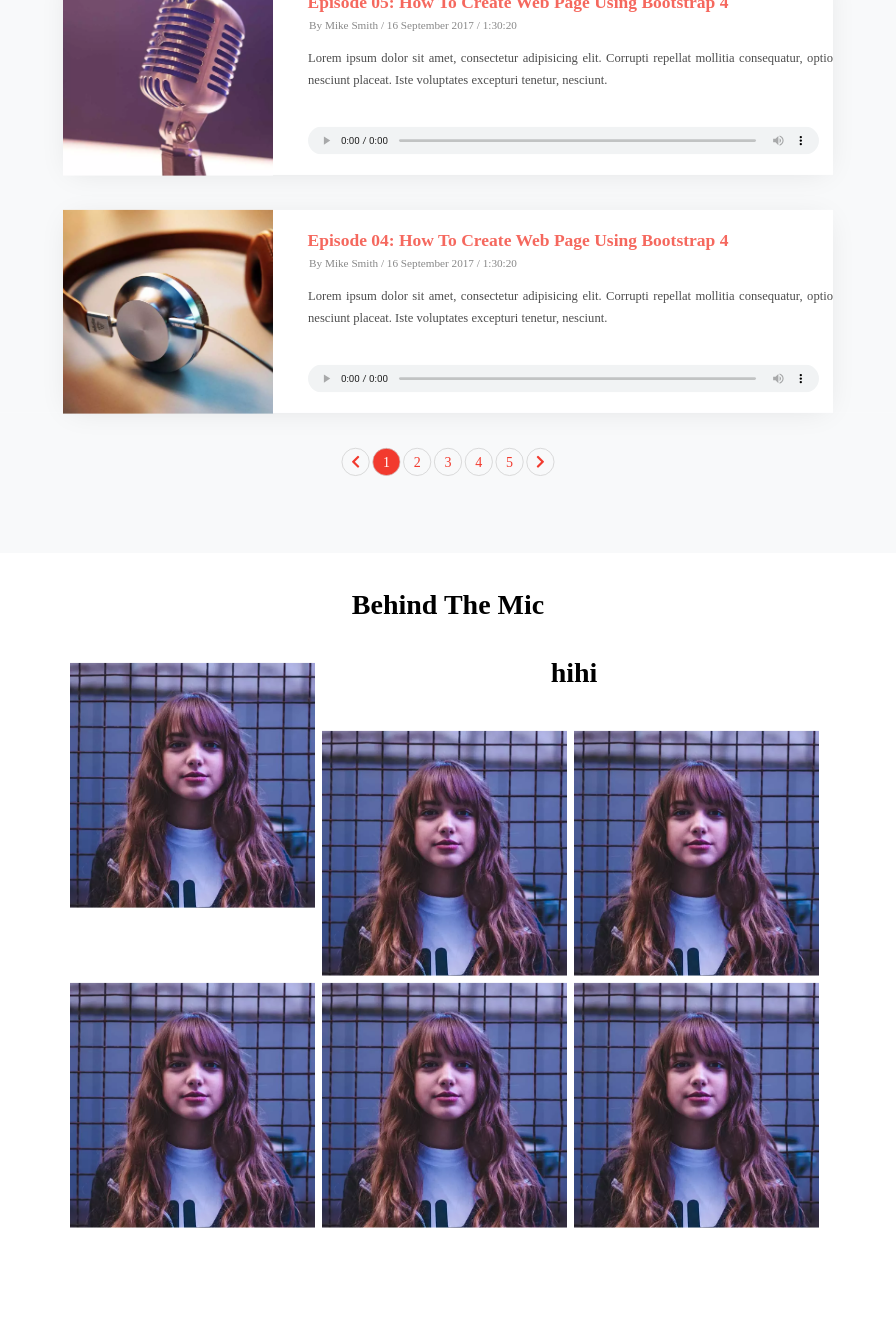
Repository: nhutduy0803/template2
Page: index.html
An editor plug-in stored every save of this project. The page is shown before and after the next save, followed by the edit.
The browser window is 1280 px wide. The pictures show the part of the page from y = 2077 to 3997 px (the page is 3997 px tall), at 70% of full size.

Above is the page before, as saved 2021-12-09 14:38:12.

### index.html
<!DOCTYPE html>
<html lang="en">
  <head>
    <meta charset="UTF-8" />
    <meta http-equiv="X-UA-Compatible" content="IE=edge" />
    <meta name="viewport" content="width=device-width, initial-scale=1.0" />
    <link rel="stylesheet" href="./assets/css/style.css" />
    <link
      rel="stylesheet"
      href="./assets/css/font/fontawesome-free-5.15.4-web/css/all.min.css"
    />
    <title>Document</title>
  </head>
  <body>
    <script src="./main.js"></script>
    <div class="slider">
      <h2>Podca</h2>
      <img
        src="./assets/css/img/xhero_bg_1.jpg.pagespeed.ic.EJCcE-mhd6.webp"
        alt=""
      />
      <h3>Episode 09: How To Create Web Page Using Bootstrap 4</h3>
      <span>By Mike Smith | 16 September 2017 | 1:30:20</span>
      <div class="subslider">READ THE TRANSCRIPT</div>
      <div class="menu" onclick="openmenu()">
        <i class="fas fa-bars"></i>
      </div>
      <div class="sub-menu">
        <i class="fas fa-times" onclick="closemenu()"></i>
        <div class="home-menu">
          <p>Home</p>
          <i onclick="subhome()" class="fas fa-caret-down"></i>

          <div class="sub-home">
            <li>Menu One</li>
            <li>Menu Two</li>
            <li>Menu Three</li>
            <li>Sub Menu</li>
          </div>
          <div class="drop-down">
            <p>DropDown</p>
            <i onclick="subdropdown() " class="fas fa-caret-down"></i>
            <div class="sub-dropdown">
              <li>Menu One</li>
              <li>Menu two</li>
              <li>Menu three</li>
            </div>
          </div>

          <p>About</p>
          <p>Contact</p>
        </div>
      </div>
    </div>
    <div class="audio">
      <audio class="audio-one" controls>
        <source src="" type="audio/ogg" />
        <source src="" type="audio/mpeg" />
      </audio>
    </div>
    <div class="RecentPodcasts">
      <h2>Recent Podcasts</h2>
      <div class="container">
        <div class="img-pod">
          <img src="./assets/css/img/pod1.webp" alt="" />
        </div>
        <div class="content-pod">
          <h3>Episode 08: How To Create Web Page Using Bootstrap 4</h3>
          <span>By Mike Smith / 16 September 2017 / 1:30:20</span>
          <p>
            Lorem ipsum dolor sit amet, consectetur adipisicing elit. Corrupti
            repellat mollitia consequatur, optio nesciunt placeat. Iste
            voluptates excepturi tenetur, nesciunt.
          </p>
          <audio class="audiopod" controls>
            <source src="" type="audio/mpeg" />
          </audio>
        </div>
      </div>
      <div class="container">
        <div class="img-pod">
          <img src="./assets/css/img/pod2.webp" alt="" />
        </div>
        <div class="content-pod">
          <h3>Episode 07: How To Create Web Page Using Bootstrap 4</h3>
          <span>By Mike Smith / 16 September 2017 / 1:30:20</span>
          <p>
            Lorem ipsum dolor sit amet, consectetur adipisicing elit. Corrupti
            repellat mollitia consequatur, optio nesciunt placeat. Iste
            voluptates excepturi tenetur, nesciunt.
          </p>
          <audio class="audiopod" controls>
            <source src="" type="audio/mpeg" />
          </audio>
        </div>
      </div>
      <div class="container">
        <div class="img-pod">
          <img src="./assets/css/img/pod3.webp" alt="" />
        </div>
        <div class="content-pod">
          <h3>Episode 06: How To Create Web Page Using Bootstrap 4</h3>
          <span>By Mike Smith / 16 September 2017 / 1:30:20</span>
          <p>
            Lorem ipsum dolor sit amet, consectetur adipisicing elit. Corrupti
            repellat mollitia consequatur, optio nesciunt placeat. Iste
            voluptates excepturi tenetur, nesciunt.
          </p>
          <audio class="audiopod" controls>
            <source src="" type="audio/mpeg" />
          </audio>
        </div>
      </div>
      <div class="container">
        <div class="img-pod">
          <img src="./assets/css/img/pod4.webp" alt="" />
        </div>
        <div class="content-pod">
          <h3>Episode 05: How To Create Web Page Using Bootstrap 4</h3>
          <span>By Mike Smith / 16 September 2017 / 1:30:20</span>
          <p>
            Lorem ipsum dolor sit amet, consectetur adipisicing elit. Corrupti
            repellat mollitia consequatur, optio nesciunt placeat. Iste
            voluptates excepturi tenetur, nesciunt.
          </p>
          <audio class="audiopod" controls>
            <source src="" type="audio/mpeg" />
          </audio>
        </div>
      </div>
      <div class="container">
        <div class="img-pod">
          <img src="./assets/css/img/pod5.webp" alt="" />
        </div>
        <div class="content-pod">
          <h3>Episode 04: How To Create Web Page Using Bootstrap 4</h3>
          <span>By Mike Smith / 16 September 2017 / 1:30:20</span>
          <p>
            Lorem ipsum dolor sit amet, consectetur adipisicing elit. Corrupti
            repellat mollitia consequatur, optio nesciunt placeat. Iste
            voluptates excepturi tenetur, nesciunt.
          </p>
          <audio class="audiopod" controls>
            <source src="" type="audio/mpeg" />
          </audio>
        </div>
      </div>
    </div>
    <div class="list-pod">
      <li><i class="fas fa-chevron-left"></i></li>
      <li>1</li>
      <li>2</li>
      <li>3</li>
      <li>4</li>
      <li>5</li>
      <li><i class="fas fa-chevron-right"></i></li>
    </div>
    <div class="BehindTheMic">
      <h2>Behind The Mic</h2>
      <div class="container-behind">
        <div class="picture-behind">
          <img src="./assets/css/img/behind1.webp" alt="" />
        </div>
        <div class="content-behind">
          <h2>hihi</h2>
        </div>

        <div class="picture-behind">
          <img src="./assets/css/img/behind1.webp" alt="" />
        </div>
        <div class="picture-behind">
          <img src="./assets/css/img/behind1.webp" alt="" />
        </div>
        <div class="picture-behind">
          <img src="./assets/css/img/behind1.webp" alt="" />
        </div>
        <div class="picture-behind">
          <img src="./assets/css/img/behind1.webp" alt="" />
        </div>
        <div class="picture-behind">
          <img src="./assets/css/img/behind1.webp" alt="" />
        </div>
      </div>
      <!-- <div class="container-behind">
        <div class="picture-behind">
          <img src="./assets/css/img/behind1.webp" alt="" />
        </div>
      </div>
      <div class="container-behind">
        <div class="picture-behind">
          <img src="./assets/css/img/behind1.webp" alt="" />
        </div>
      </div>
      <div class="container-behind">
        <div class="picture-behind">
          <img src="./assets/css/img/behind1.webp" alt="" />
        </div>
      </div>
      <div class="container-behind">
        <div class="picture-behind">
          <img src="./assets/css/img/behind1.webp" alt="" />
        </div>
      </div>
      <div class="container-behind">
        <div class="picture-behind">
          <img src="./assets/css/img/behind1.webp" alt="" />
        </div>
      </div> -->
    </div>
  </body>
</html>

### assets/css/style.css
* {
  margin: 0;
  padding: 0;
  box-sizing: border-box;
}

.slider {
  width: 100%;
  height: 100vh;
  position: relative;
}

.slider::before {
  content: " ";
  position: absolute;
  top: 0;
  left: 0;
  right: 0;
  bottom: 0;
  background-color: rgba(0, 0, 0, 0.4);
}

.slider img {
  width: 100%;
  height: 100%;
}

.slider h2 {
  position: absolute;
  top: 50px;
  left: 50px;
  color: #fff;
  font-size: 40px;
}
.menu {
  position: absolute;
  right: 50px;
  top: 50px;
  font-size: 30px;
  color: #fff;
}

.slider h3 {
  text-align: center;
  position: absolute;
  transform: translate(-50%);
  top: 30%;
  left: 50%;
  color: #fff;
  font-size: 40px;
  line-height: 1.6;
  font-size: 50px;
}

.slider span {
  position: absolute;
  top: 58%;
  left: 50%;
  transform: translate(-50%);
  color: #ffffff80;
}

.subslider {
  width: 250px;
  background-color: #f23a2e;
  display: flex;
  justify-content: center;
  align-items: center;
  color: #fff;
  font-size: 15px;
  letter-spacing: 2px;
  height: 60px;
  position: absolute;
  top: 65%;
  left: 50%;
  transform: translate(-50%);
  transition: 0.3s;
  border-radius: 5px;
}

.subslider:hover {
  position: absolute;
  top: 64%;
  box-shadow: 0 5px 20px -7px rgba(0, 0, 0, 0.9);
  transition: 0.3s;
}

.sub-menu {
  width: 300px;
  background-color: #fff;
  position: absolute;
  right: -300px;
  top: 0;
  height: 100vh;
  position: fixed;
  transition: 0.3s;
  box-shadow: 0 0 10px rgba(0, 0, 0, 0.4);
}

.sub-menu.openmenu {
  transition: 0.3s;
  right: 0;
}

.sub-menu .fas {
  position: absolute;
  font-size: 25px;
  right: 15px;
  top: 15px;
  transition: 0.2s;
}

.sub-menu .fas:hover {
  transition: 0.2s;
  color: rgb(104, 103, 103);
}

.home-menu {
  margin-top: 100px;
  font-size: 20px;
  margin-left: 15%;
}

.home-menu p {
  margin-bottom: 30px;
  color: #212529;
  transition: 0.3s;
}

.home-menu p:nth-child(2) {
  width: 100%;
  background-color: #fff;
  height: 200px;
}

.home-menu p:hover {
  transition: 0.3s;
  color: #f00;
}

.fa-caret-down {
  margin-top: 85px;
  margin-right: 20px;
}

.drop-down {
  position: relative;
}

.drop-down .fa-caret-down {
  position: absolute;
  top: -85px;
}
.sub-home {
  margin-top: -20px;
  width: 200px;
  height: 0px;
  background-color: #fff;
  visibility: hidden;
  transition: 0.5s;
  opacity: 0;
  margin-bottom: 20px;
}

.sub-home.opensubhome {
  height: 170px;
  visibility: inherit;
  transition: 0.5s;
  opacity: 1;
}

.sub-home li {
  padding: 10px 0px;
  font-weight: 300;
  margin-left: 30px;
  font-size: 17px;
  list-style-type: none;
  /* transition: 0.3s; */
}

.sub-home li:hover {
  transition: 0.3s;
  color: #f00;
}

.sub-dropdown {
  margin-top: -20px;
  background-color: #fff;
  height: 0px;
  width: 200px;
  visibility: hidden;
  transition: 0.3s;
  opacity: 0;
  margin-bottom: 20px;
}

.sub-dropdown li {
  padding-top: 22.5px;
  margin-left: 30px;
  font-weight: 300;
  font-size: 17px;
  list-style-type: none;
  transition: 0.3s;
}

.sub-dropdown li:hover {
  transition: 0.3s;
  color: #f00;
}

.sub-dropdown.opensubdropdown {
  opacity: 1;
  visibility: inherit;
  transition: 0.3s;
  height: 150px;
}

.audio {
  display: flex;
  justify-content: center;
  align-items: center;
  width: 100%;
  background-color: #f8f9fa;
  height: 200px;
}

.audio-one {
  width: 750px;
  height: 40px;
}

.RecentPodcasts {
  background: #f8f9fa;
  height: auto;
  width: 100%;
  text-align: center;
}

.RecentPodcasts h2 {
  font-size: 40px;
  margin-bottom: 50px;
}

.container {
  width: 1100px;
  height: 290px;
  position: relative;
  margin: auto;
  box-shadow: 0 5px 40px -10px rgb(0 0 0 / 10%);
  margin-top: 50px;
}

.img-pod {
  position: absolute;
  top: 0;
  left: 0;
  height: 290px;
  width: 300px;
}

.img-pod img {
  width: 100%;
  height: 100%j;
}

.content-pod {
  padding-top: 30px;
  background: #fff;
  height: 100%;
}

.content-pod h3 {
  font-size: 25px;
  margin-left: 200px;
  color: #f23b2ec4;
  margin-bottom: 10px;
}

.content-pod span {
  margin-left: -100px;
  color: #888;
}

.content-pod p {
  line-height: 1.8;
  margin-top: 20px;
  text-align: justify;
  margin-left: 350px;
  font-size: 18px;
  color: #4d4d4d;
  font-weight: 300;
}

.audiopod {
  margin-top: 50px;
  width: 730px;
  height: 40px;
  margin-left: 330px;
}

.list-pod {
  background: #f8f9fa;
  height: 200px;
  width: 100%;
  text-align: center;
}

.list-pod li {
  padding-top: 7.5px;
  margin-top: 50px;
  list-style-type: none;
  border-radius: 50%;
  height: 40px;
  width: 40px;
  border: 1px solid #ccc;
  display: inline-block;
  color: #f23a2e;
  font-size: 20px;
}

.list-pod li:nth-child(2) {
  font-size: 20px;
  color: #fff;
  background: #f23a2e;
}

.BehindTheMic {
  width: 100%;
  height: 150vh;
  background: #fff;
  text-align: center;
}

.BehindTheMic h2 {
  margin-top: 50px;
  font-size: 40px;
  margin-bottom: 50px;
}

.container-behind {
  margin: auto;
  width: 1100px;
}

.picture-behind {
  margin-left: 10px;
  float: left;
  width: 350px;
  height: 350px;
  overflow: hidden;
  margin-top: 10px;
  position: relative;
}

.picture-behind img {
  width: 100%;
  height: 100%;
  transition: 0.3s;
  position: relative;
  z-index: 0;
/* }

.picture-behind::before {
  position: absolute;
  z-index: 2;
  opacity: 0.6;
  content: " ";
  background-color: #f23a2e;
  height: 350px;
  width: 350px;
} */

.content-behind {
  width: 350px;
  height: 350px;
  position: absolute;
  background-color: #f23a2e;
}

### main.js
function openmenu() {
  var openmenu = document.querySelector(".sub-menu");
  openmenu.classList.add("openmenu");
}

function closemenu() {
  var openmenu = document.querySelector(".sub-menu");
  openmenu.classList.remove("openmenu");
}

function subhome() {
  var opensubhome = document.querySelector(".sub-home");
  opensubhome.classList.toggle("opensubhome");
}

function subdropdown() {
  var subdropdown = document.querySelector(".sub-dropdown");
  subdropdown.classList.toggle("opensubdropdown");
}

Loaded but not shown: assets/css/font/fontawesome-free-5.15.4-web/css/all.min.css (library)

After the next save:
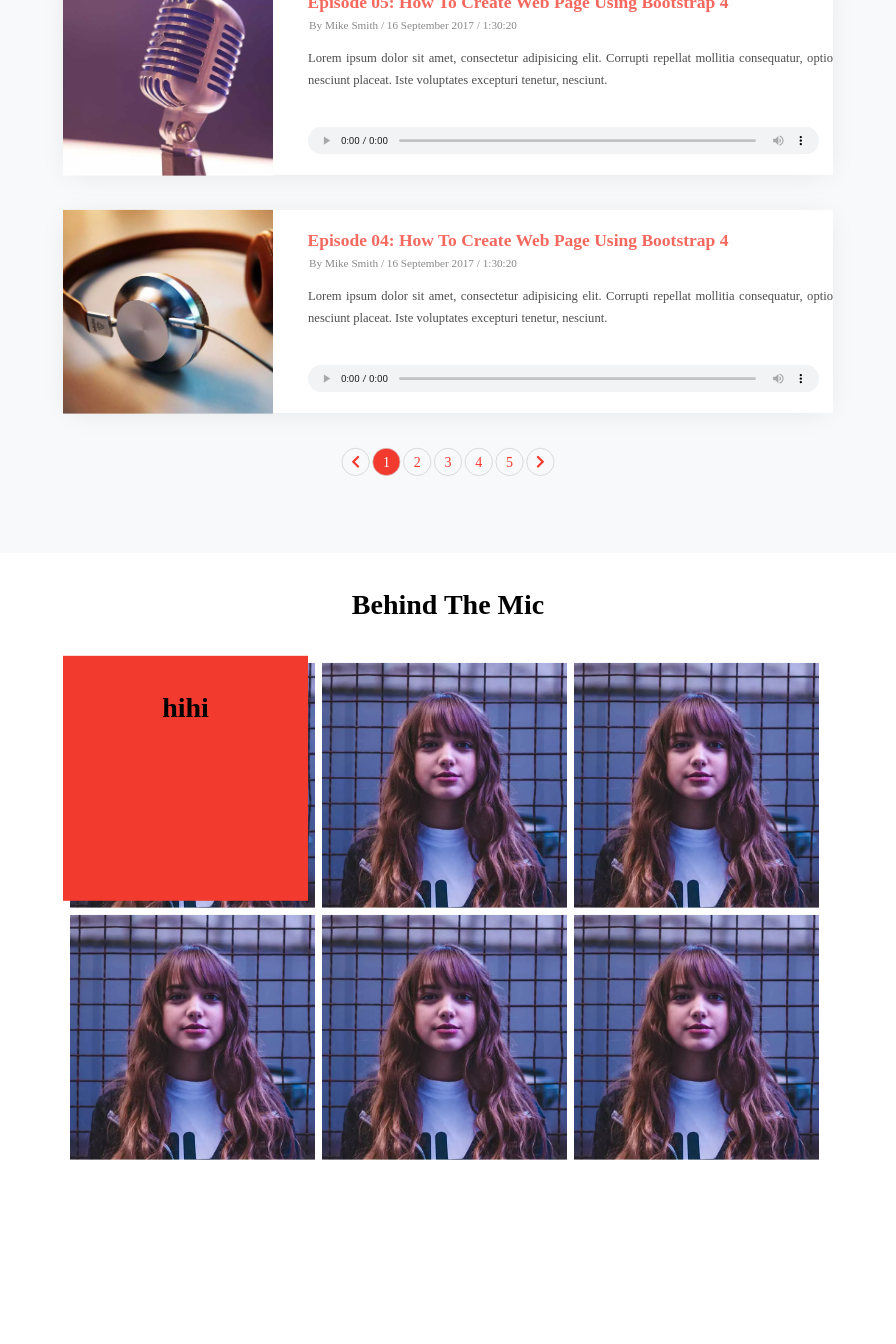
Saved 11 s later.
--- a/assets/css/style.css
+++ b/assets/css/style.css
@@ -358,9 +358,9 @@
   transition: 0.3s;
   position: relative;
   z-index: 0;
-/* }
-
-.picture-behind::before {
+}
+
+/* .picture-behind::before {
   position: absolute;
   z-index: 2;
   opacity: 0.6;
